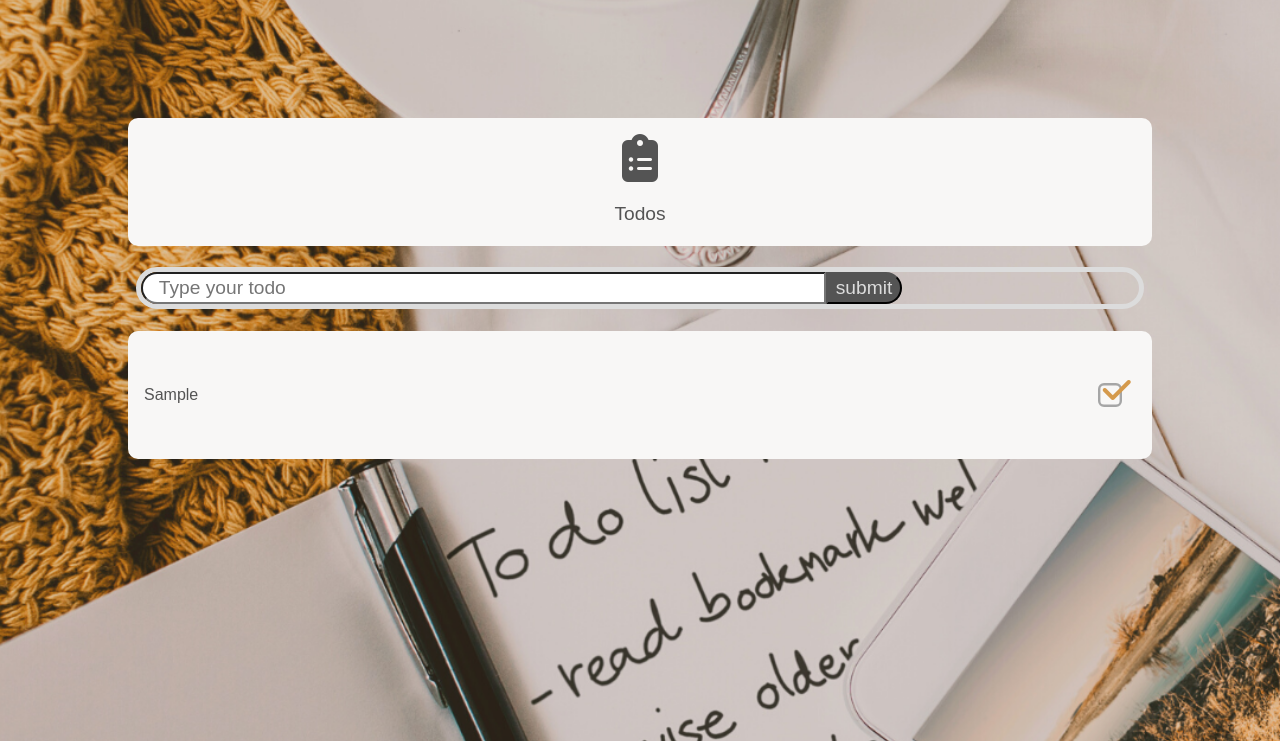
Repository: ShindanoSingi/My-Channel-Videos
Page: index.html
An editor plug-in stored every save of this project. The page is shown before and after the next save, followed by the edit.
The browser window is 1280 px wide. The pictures show the whole page.
Empty fields were first filled with sample values (such as "Sample", 5 or name@example.com).
After loading, the first visible `#submit-button` was clicked once.
Some web libraries are served in a nearby version.

Above is the page before, as saved 2023-07-18 23:01:29.

After the next save:
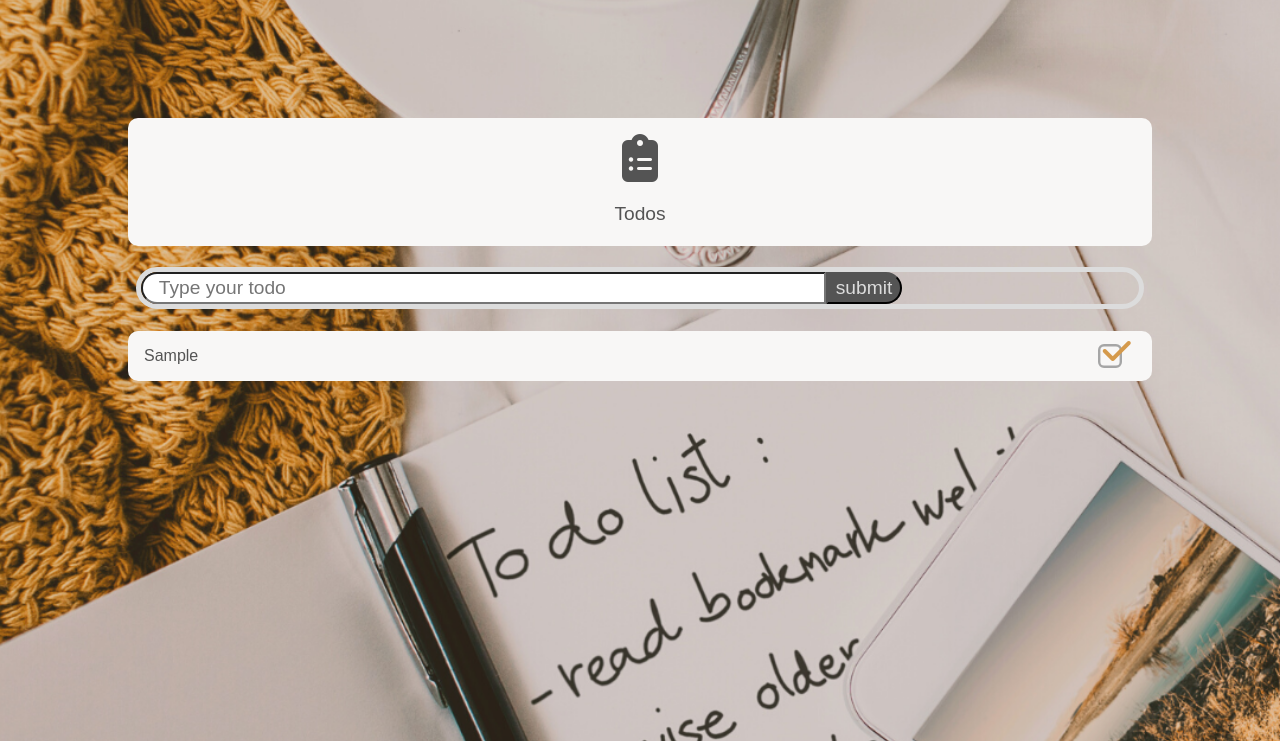
Saved 9 s later.
--- a/style.css
+++ b/style.css
@@ -117,7 +117,7 @@ div.text{
 
 .div-checkbox-container{
     width: 100%;
-    height: 8rem;
+    height: auto;
     display: flex;
     justify-content: space-between;
     align-items: center;
